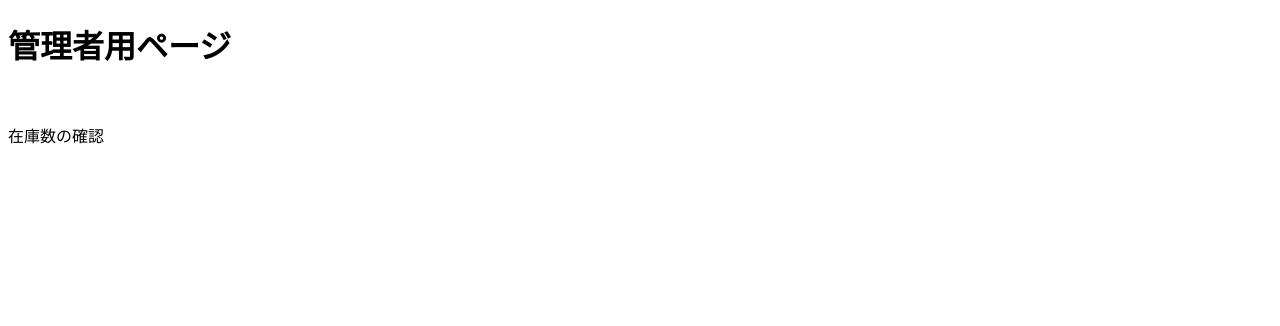
Repository: MurayamaMura/ecsite
Page: http://localhost/ecsite/manager.jsp
The author's editor kept a copy of each file at every save. The page is drawn from the files as they stood at one save, then again after the next save.
The browser window is 1280 px wide. The pictures show the whole page.
The page is served by Tomcat 9.

Above is the page before, as saved 2018-07-23 11:46:01.

After the next save:
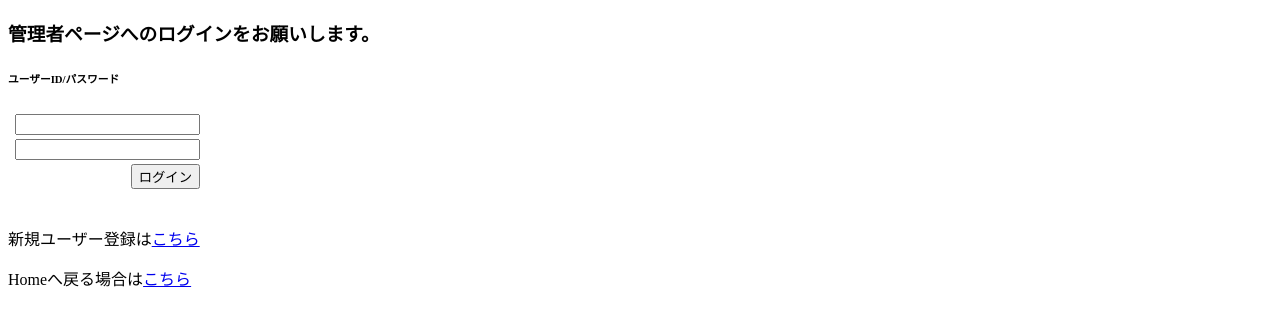
Saved 4 min 9 s later.
--- a/ecsite/WebContent/manager.jsp
+++ b/ecsite/WebContent/manager.jsp
@@ -16,8 +16,17 @@ pageEncoding="UTF-8"%>
 <title>Manager用ページ</title>
 </head>
 <body>
-	<h1>管理者用ページ</h1>
-	<br>
-	<p>在庫数の確認</p>
+	<h3>管理者ページへのログインをお願いします。</h3>
+			<s:form action="">
+			<h6>ユーザーID/パスワード</h6>
+				<s:textfield name="loginUserId"/>
+				<s:password name="loginPassword"/>
+				<s:submit value="ログイン"/>
+			</s:form>
+			<br>
+			<div id="text-link">
+				<p>新規ユーザー登録は<a href='<s:url action="UserCreateAction"/>'>こちら</a></p>
+				<p>Homeへ戻る場合は<a href='<s:url action="GoHomeAction"/>'>こちら</a></p>
+			</div>
 </body>
 </html>
